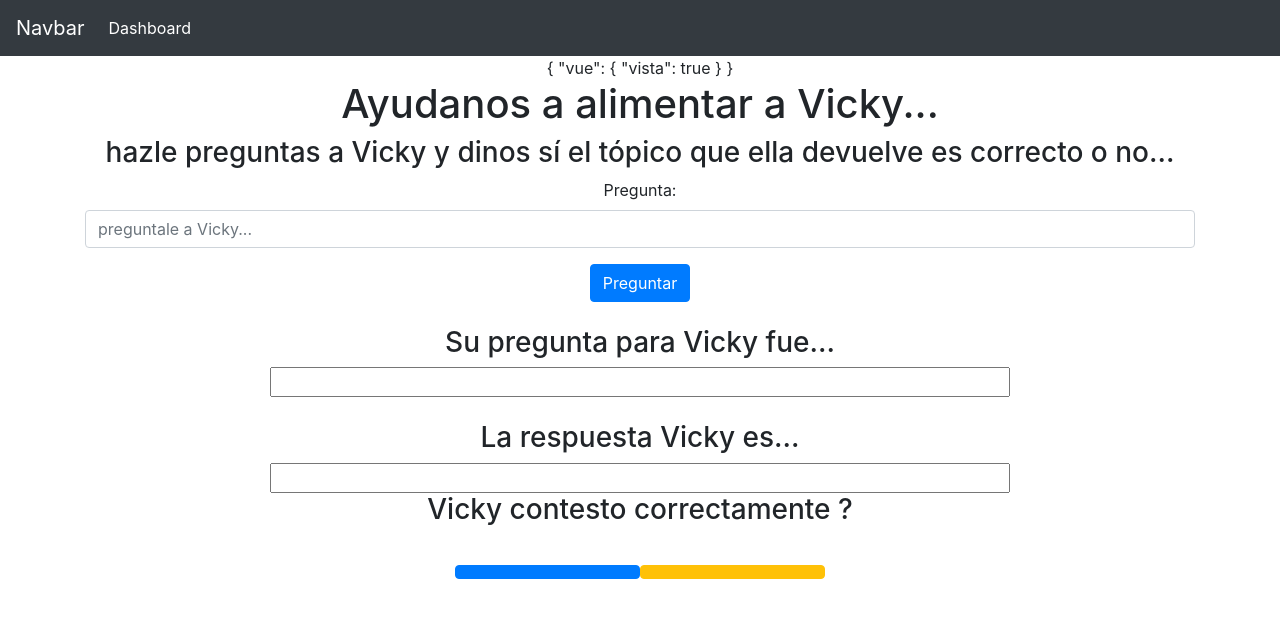
Repository: Crixtiancub/feedback_Vicky
Page: vicky/templates/dashboard.html
An editor plug-in stored every save of this project. The page is shown before and after the next save, followed by the edit.
The browser window is 1280 px wide. The pictures show the whole page.
The page is served by the project's application, run on Django 3.2 (manage.py). The template is opened directly, without the code that normally fills it, so the values that code supplies are empty.

Above is the page before, as saved 2021-05-12 15:18:18.

After the next save:
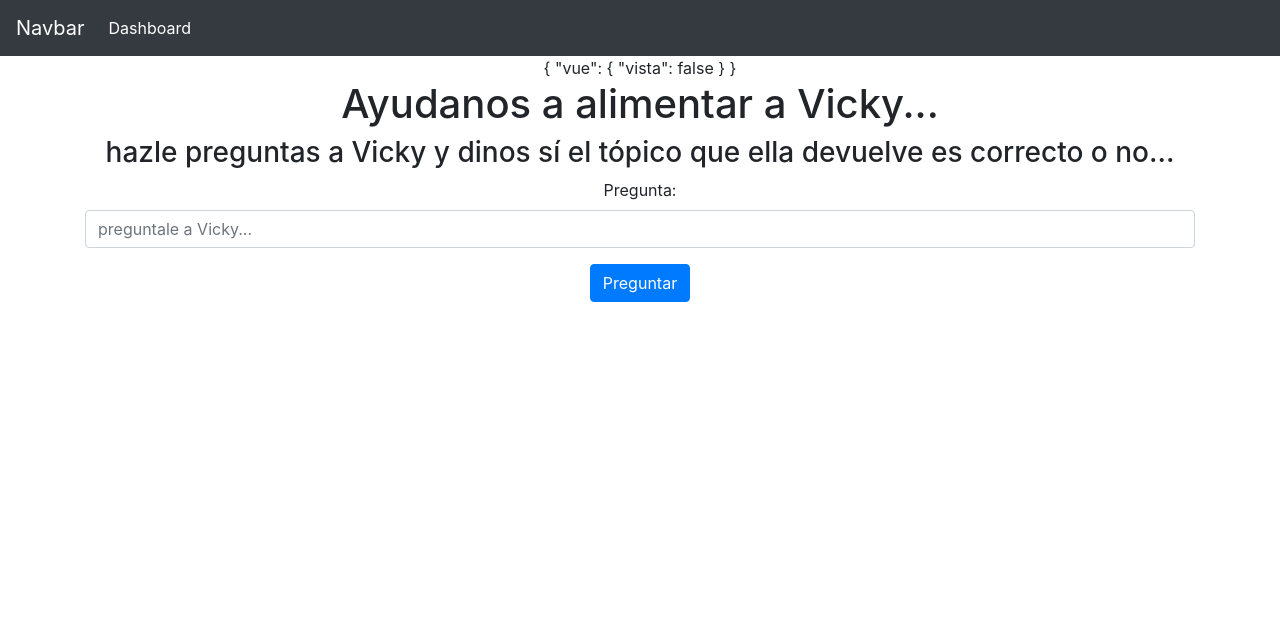
Saved 103 s later.
--- a/vicky/templates/dashboard.html
+++ b/vicky/templates/dashboard.html
@@ -12,8 +12,7 @@
         preguntas{% endif %}  a Vicky y dinos sí el tópico que ella
         devuelve es correcto o no...</h3>
 
-    <form id="preguntar_Vicky" action="{% url 'home' %}"
-    :submit.prevent="vue.vista = true" method="POST">
+    <form id="preguntar_Vicky" action="{% url 'home' %}" method="POST">
         {% csrf_token%}
 
         <div class="form-group">
@@ -24,7 +23,7 @@
             placeholder="preguntale a Vicky..." required>
         </div>
 
-        <button id="preguntar" class="btn btn-primary"
+        <button id="preguntar" class="btn btn-primary" @click.prevent="vue.vista = true"
         type="submit">Preguntar</button>
     </form>
 
